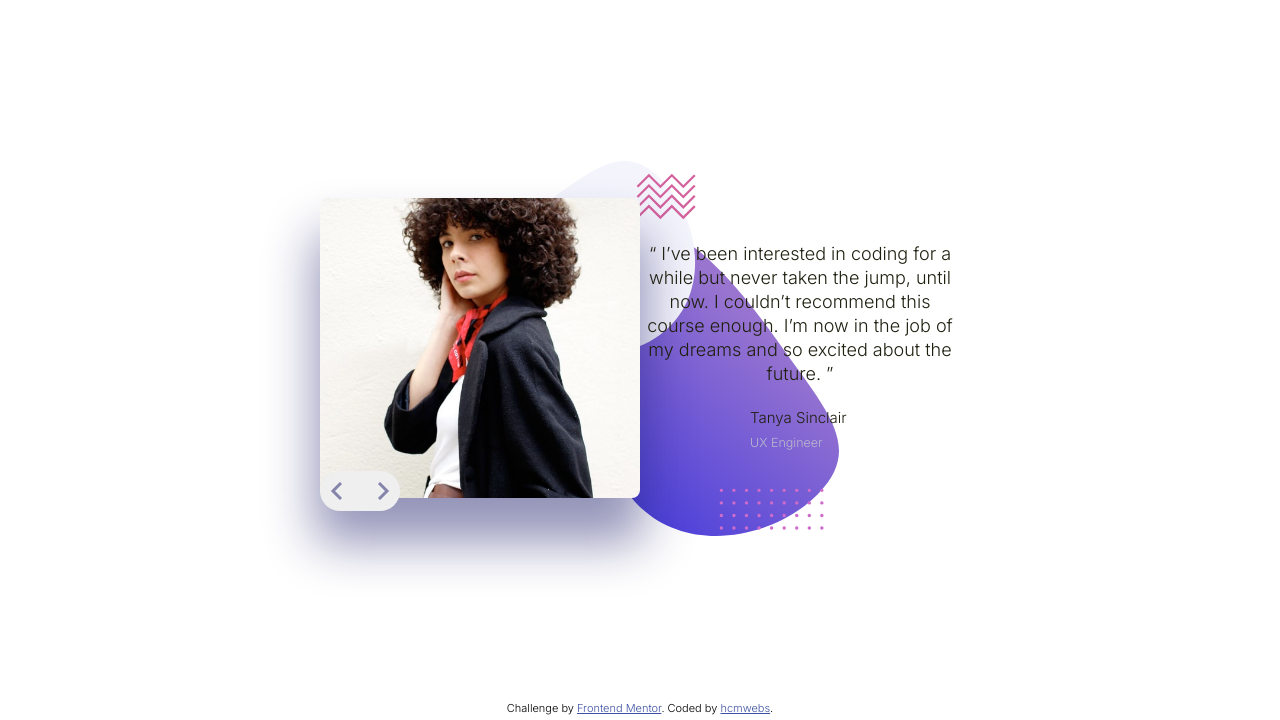
Repository: Hcmwebs/Coding-Bootcamp-Testimonials
Page: index.html
The author's editor kept a copy of each file at every save. The page is drawn from the files as they stood at one save, then again after the next save.
The browser window is 1280 px wide. The pictures show the whole page.
The style sheet was rebuilt from its Sass, Less or Tailwind sources for each picture, by a compiler version that may differ from the author's.

Above is the page before, as saved 2020-10-30 21:00:00.

After the next save:
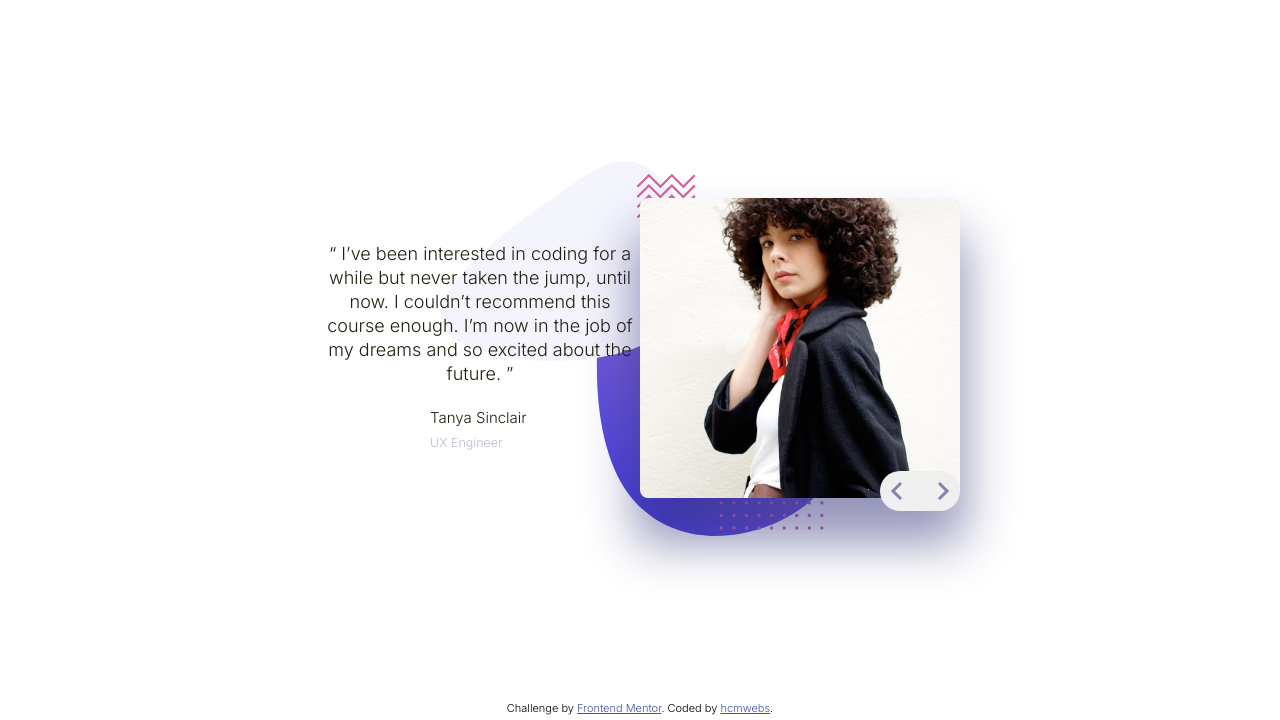
Saved 29 s later.
--- a/scss/main.scss
+++ b/scss/main.scss
@@ -134,7 +134,7 @@ body{
   .card{
     height: 375px;
     width: 700px;
-    flex-direction: row;
+    flex-direction: row-reverse;
   }
 
 }
